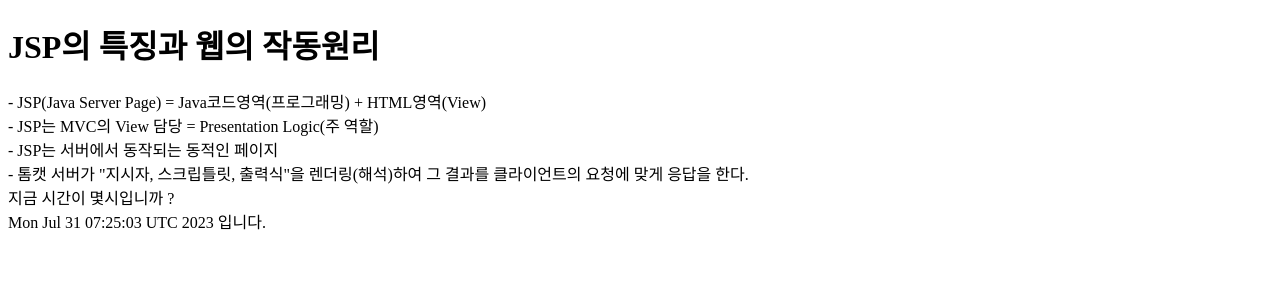
Repository: ainokks071/ServletJSP
Page: http://localhost/WEB/time.jsp
The author's editor kept a copy of each file at every save. The page is drawn from the files as they stood at one save, then again after the next save.
The browser window is 1280 px wide. The pictures show the whole page.
The page is served by Tomcat 9. Other server files are loaded and not shown.

Above is the page before, as saved 2023-08-01 08:16:02.

### WEB/webapp/time.jsp
<%-- <%@ 지시자 %> --%>
<%@ page language="java" contentType="text/html; charset=UTF-8"
    pageEncoding="UTF-8"%>
<!-- servlet-api.jar BuildPath에 라이브러리 추가해줄 것.(웹용 API에 의해 인식) -->
<%@ page import="java.util.Date" %>
<!-- 컴파일된 .class파일의 저장위치 변경 : WEB/webapp/WEB-INF/classes -->
<%-- <% 스크립틀릿 %> : 자바코드영역 --%>
<% Date d = new Date(); %>


<!DOCTYPE html>
<html>
<head>
<meta charset="UTF-8">
<title>Insert title here</title>
</head>

<body>
<h1>JSP의 특징과 웹의 작동원리</h1>
- JSP(Java Server Page) = Java코드영역(프로그래밍) + HTML영역(View) <br>
- JSP는 MVC의 View 담당 = Presentation Logic(주 역할)<br>
- JSP는 서버에서 동작되는 동적인 페이지<br>
- 톰캣 서버가 "지시자, 스크립틀릿, 출력식"을 렌더링(해석)하여 그 결과를 클라이언트의 요청에 맞게 응답을 한다.<br>

지금 시간이 몇시입니까 ? <br>
<%-- <%= 출력식 %> --%>
<%= d.toString() %> 입니다.
</body>

</html>

After the next save:
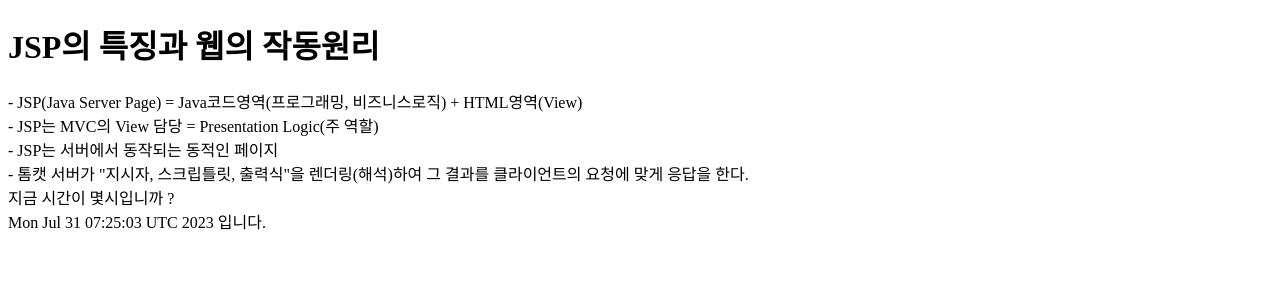
Saved 34 s later.
--- a/WEB/webapp/time.jsp
+++ b/WEB/webapp/time.jsp
@@ -17,7 +17,7 @@
 
 <body>
 <h1>JSP의 특징과 웹의 작동원리</h1>
-- JSP(Java Server Page) = Java코드영역(프로그래밍) + HTML영역(View) <br>
+- JSP(Java Server Page) = Java코드영역(프로그래밍, 비즈니스로직) + HTML영역(View) <br>
 - JSP는 MVC의 View 담당 = Presentation Logic(주 역할)<br>
 - JSP는 서버에서 동작되는 동적인 페이지<br>
 - 톰캣 서버가 "지시자, 스크립틀릿, 출력식"을 렌더링(해석)하여 그 결과를 클라이언트의 요청에 맞게 응답을 한다.<br>
